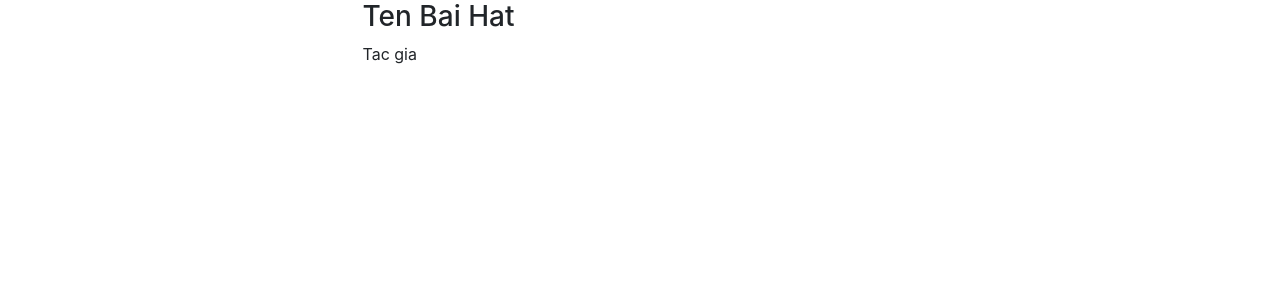
Repository: dovanthao2404/AppMusicHoHo
Page: app.html
These files come from the project's save history. The page is drawn as it stood at one moment and after the next save; the edit follows.
The browser window is 1280 px wide. The pictures show the whole page.

Above is the page before, as saved 2021-08-05 08:54:25.
Console error: TypeError: Cannot read properties of null (reading 'addEventListener')

### app.html
<!DOCTYPE html>
<html lang="en">

<head>
  <meta charset="UTF-8">
  <meta http-equiv="X-UA-Compatible" content="IE=edge">
  <meta name="viewport" content="width=device-width, initial-scale=1.0">
  <title>Document</title>

  <link rel="stylesheet" href="https://cdn.jsdelivr.net/npm/bootstrap@4.6.0/dist/css/bootstrap.min.css"
    integrity="sha384-B0vP5xmATw1+K9KRQjQERJvTumQW0nPEzvF6L/Z6nronJ3oUOFUFpCjEUQouq2+l" crossorigin="anonymous">
</head>

<body>

  <div class="container">
    <div class="w-50 mx-auto">
      <div id="app">
        <div class="header">
          <h3>Ten Bai Hat</h3>
          <p>Tac gia</p>
        </div>

      </div>
    </div>
  </div>

  <script src="https://code.jquery.com/jquery-3.5.1.slim.min.js"
    integrity="sha384-DfXdz2htPH0lsSSs5nCTpuj/zy4C+OGpamoFVy38MVBnE+IbbVYUew+OrCXaRkfj"
    crossorigin="anonymous"></script>
  <script src="https://cdn.jsdelivr.net/npm/bootstrap@4.6.0/dist/js/bootstrap.bundle.min.js"
    integrity="sha384-Piv4xVNRyMGpqkS2by6br4gNJ7DXjqk09RmUpJ8jgGtD7zP9yug3goQfGII0yAns"
    crossorigin="anonymous"></script>
  <script src="https://cdn.jsdelivr.net/npm/axios/dist/axios.min.js"></script>

  <script src="./js/main.js"></script>
</body>

</html>

### js/main.js
function getData() {
  var listElement = document.querySelectorAll("[name]");
  var data = Array.from(listElement).reduce(function (data, input) {
    data[input.name] = input.value
    return data;
  }, {})
  return data;
}

document.getElementById("btnAddMusic").addEventListener("click", function () {
  var data = getData();
  fetch("https://610b391b52d56400176b0157.mockapi.io/api/music", {
    method: "post",
    headers: { 'Content-Type': 'application/json' }
    ,
    body: JSON.stringify(data)
  })
  resetForm();
})

function resetForm() {
  var listElement = document.querySelectorAll("[name]");
  for (var i = 0; i < listElement.length; i++) {
    listElement[i].value = '';
  }
}

After the next save:
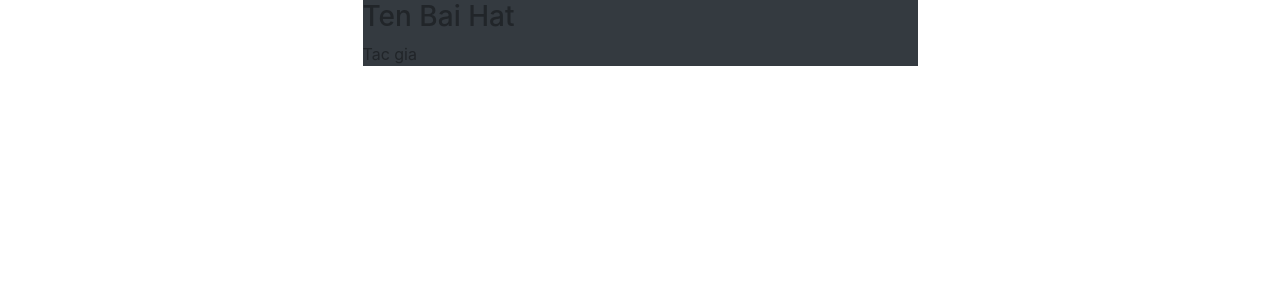
Saved 19 s later.
--- a/app.html
+++ b/app.html
@@ -14,8 +14,8 @@
 <body>
 
   <div class="container">
-    <div class="w-50 mx-auto">
-      <div id="app">
+    <div class="w-50 mx-auto bg-dark">
+      <div id="app p-3">
         <div class="header">
           <h3>Ten Bai Hat</h3>
           <p>Tac gia</p>
